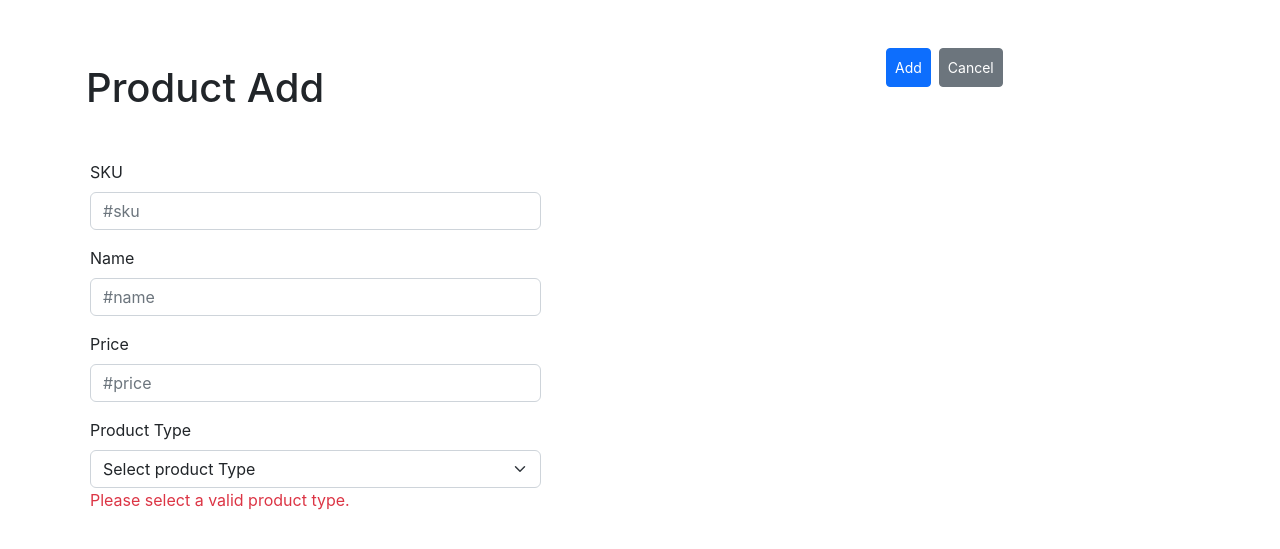
Repository: MagdyAbouelnasr/scandiweb_project
Page: /addproduct
These files come from the project's save history. The page is drawn as it stood at one moment and after the next save; the edit follows.
The browser window is 1280 px wide. The pictures show the whole page.
The project was rebuilt for these pictures with package versions that can differ from the ones it lists, and the page was loaded fresh each time. Also part of the build but not shown: src/App.css, src/components/Product/Product-style.scss, src/components/Product/Product.css, src/components/Pages/ProductList.jsx, src/components/ProductAdd/Book.component.jsx, src/components/ProductAdd/DVD.component.jsx, src/components/ProductAdd/Furniture.component.jsx, src/App.jsx.

Above is the page before, as saved 2023-05-09 01:30:25.

After the next save:
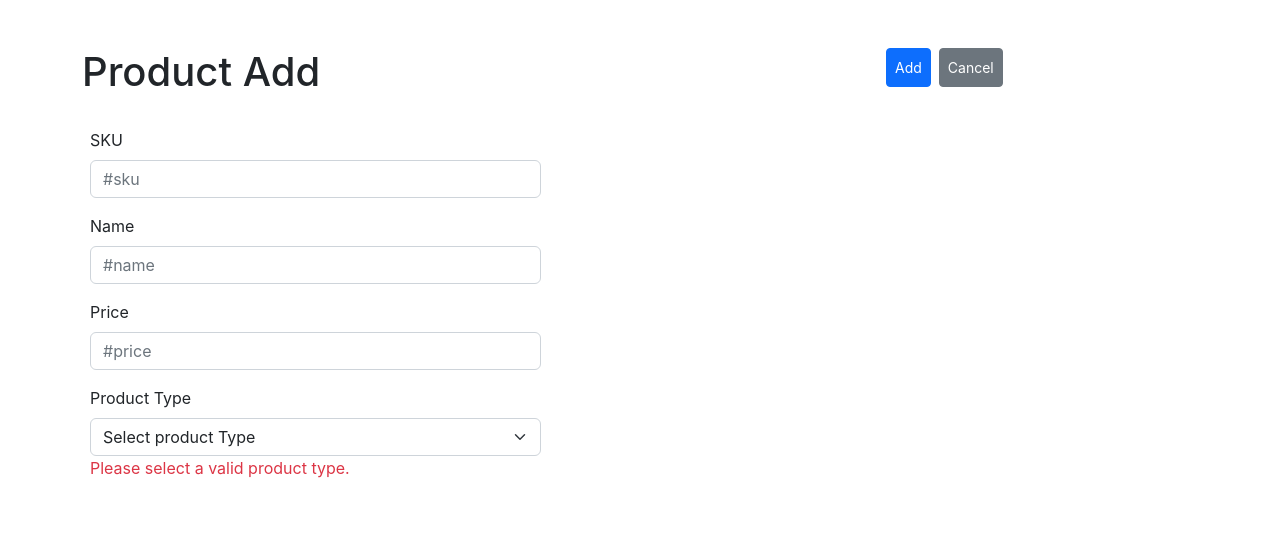
Saved 5 s later.
--- a/src/components/Pages/ProductAdd.jsx
+++ b/src/components/Pages/ProductAdd.jsx
@@ -126,7 +126,7 @@ function ProductAdd() {
     <Form id="product_form" onSubmit={handleSubmit}>
       <div className="container  mt-5">
         <div className="row">
-          <h1 className="page-header text-header col-md-8 text-start p-3">Product Add</h1>
+          <h1 className="page-header text-header col-md-8 text-start p-">Product Add</h1>
           <div className="col-4 ps-5 ms-0">
             <Button type="submit" className="p-2 ms-2" variant="primary" size="sm">
               Add
